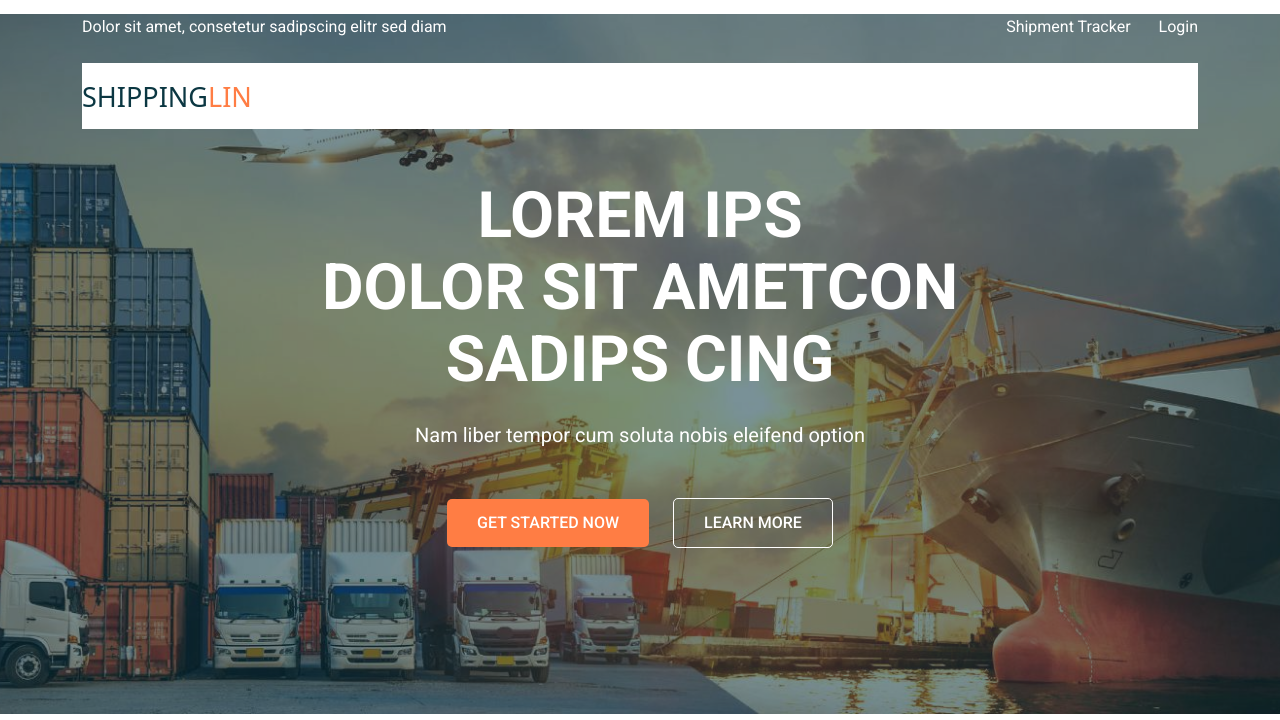
Repository: nazmulalok/shipping-template
Page: index.html
These files come from the project's save history. The page is drawn as it stood at one moment and after the next save; the edit follows.
The browser window is 1280 px wide. The pictures show the whole page.

Above is the page before, as saved 2022-10-03 13:35:55.

After the next save:
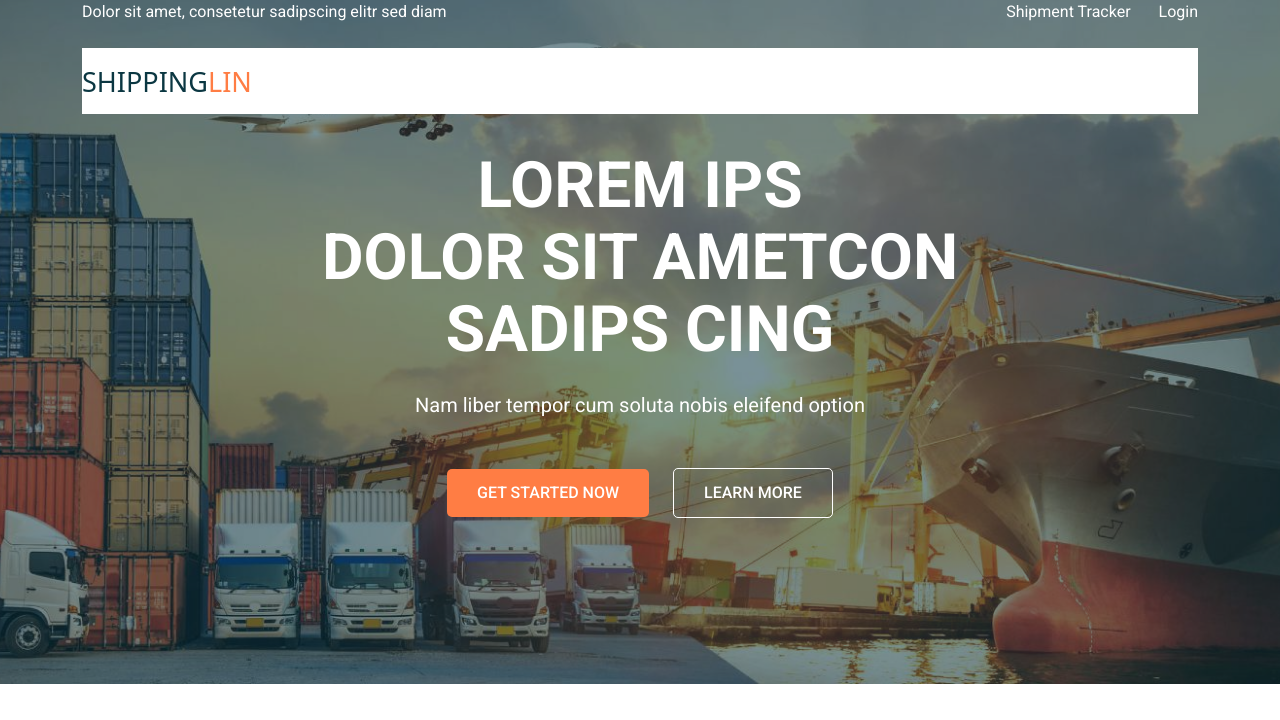
Saved 34 s later.
--- a/style.css
+++ b/style.css
@@ -97,7 +97,6 @@ a.common-btn.outline-btn:hover {
     z-index: 100;
     background: transparent;
     position: relative;
-    padding: 15px 0px;
 }
 
 .top-bar,
